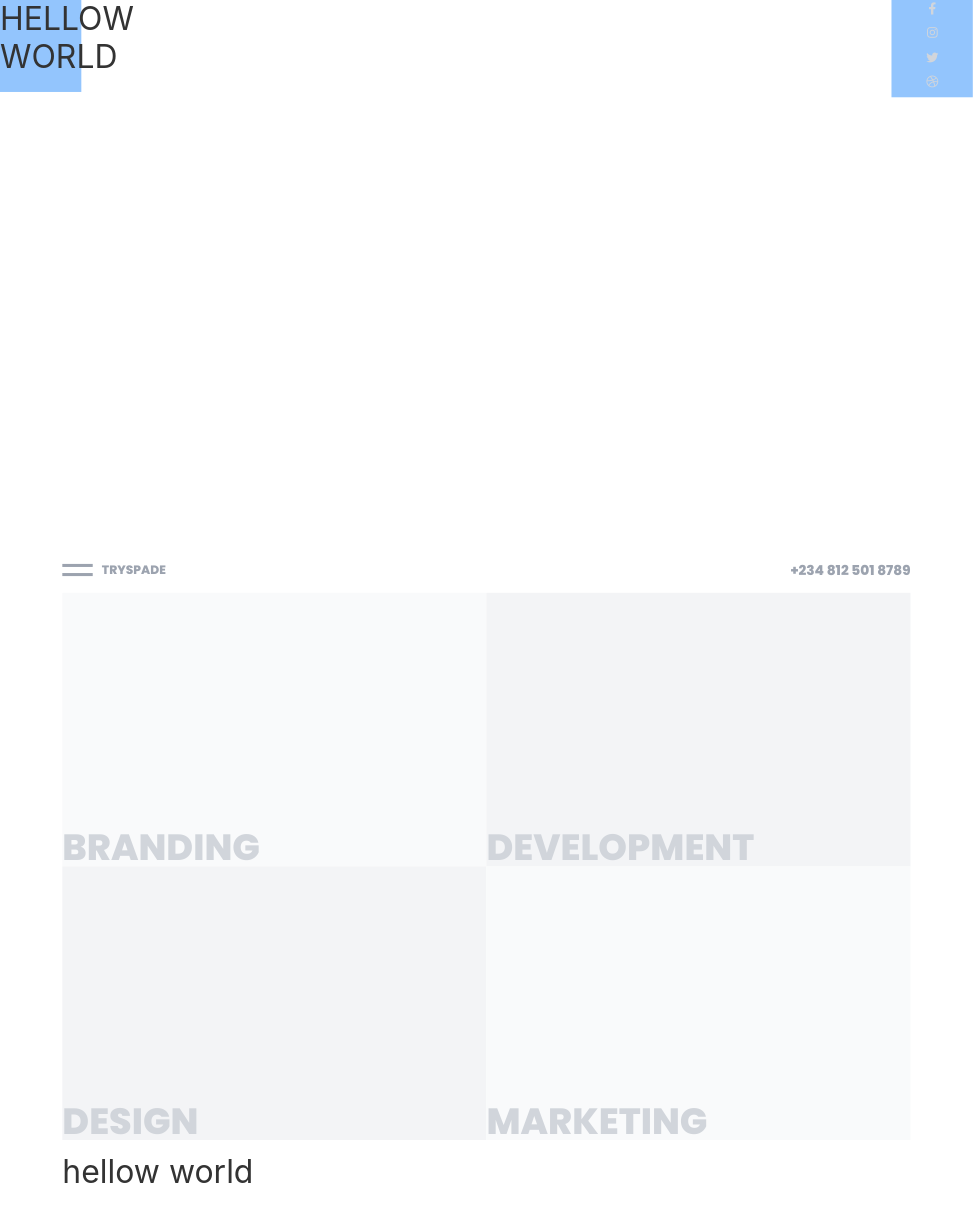
Repository: latenightsnacc/super-octo-fortnight
Page: new.html
An editor plug-in stored every save of this project. The page is shown before and after the next save, followed by the edit.
The browser window is 1280 px wide. The pictures show the whole page, at 76% of full size.
Some web libraries are served in a nearby version.

Above is the page before, as saved 2021-03-01 12:58:55.

### new.html
<!DOCTYPE html>
<html lang="en">
<head>
    <meta charset="UTF-8">
    <meta name="viewport" content="width=device-width, initial-scale=1.0">
    <!--Tailwind 2.0.2-->
    <link href="https://cdnjs.cloudflare.com/ajax/libs/tailwindcss/2.0.2/tailwind.min.css" rel="stylesheet">
    <!--Font Awesome 5.15.1-->
    <link rel="stylesheet" href="https://cdnjs.cloudflare.com/ajax/libs/font-awesome/5.15.1/css/all.min.css" integrity="sha512-+4zCK9k+qNFUR5X+cKL9EIR+ZOhtIloNl9GIKS57V1MyNsYpYcUrUeQc9vNfzsWfV28IaLL3i96P9sdNyeRssA==" crossorigin="anonymous" />
    <!-- Bootstrap 5.0.0 Beta-->
    <link href="https://cdn.jsdelivr.net/npm/bootstrap@5.0.0-beta1/dist/css/bootstrap.min.css" rel="stylesheet" integrity="sha384-giJF6kkoqNQ00vy+HMDP7azOuL0xtbfIcaT9wjKHr8RbDVddVHyTfAAsrekwKmP1" crossorigin="anonymous" />
    <!-- UIkit CSS -->
    <link rel="stylesheet" href="https://cdn.jsdelivr.net/npm/uikit@3.6.9/dist/css/uikit.min.css" />
    <!--FAVICON-->
    <link rel="apple-touch-icon" sizes="180x180" href="/apple-touch-icon.png">
    <link rel="icon" type="image/png" sizes="32x32" href="/favicon-32x32.png">
    <link rel="icon" type="image/png" sizes="16x16" href="/favicon-16x16.png">
    <link rel="manifest" href="/site.webmanifest">

    <title>TrySpade - Digital Agency</title>
    <style>
        @import url('https://fonts.googleapis.com/css2?family=Poppins:wght@100;300;400;800&display=swap');
        *{font-family: 'Poppins', sans-serif;}
    </style>
</head>
<body>
    <div class="flex flex-row min-h-screen">
        <div class="w-1/12 bg-blue-300 h-full">
            <h1>HELLOW WORLD</h1>
        </div>
        <div class="w-10/12"></div>
        <div class="w-1/12 bg-blue-300 h-full">
            <div class="">
                <div class="flex flex-col items-center justify-end h-full">
                    <a href="#" class="mb-2 text-gray-300 hover:no-underline hover:text-gray-700">
                        <i class="fab fa-facebook-f"></i>
                    </a>
                    <a href="#" class="mb-2  text-gray-300 hover:no-underline hover:text-gray-700">
                        <i class="fab fa-instagram"></i>
                    </a>
                    <a href="#" class="mb-2  text-gray-300 hover:no-underline hover:text-gray-700">
                        <i class="fab fa-twitter"></i>
                    </a>
                    <a href="#" class="mb-2  text-gray-300 hover:no-underline hover:text-gray-700">
                        <i class="fab fa-dribbble"></i>
                    </a>
                </div>
            </div>
        </div>
    </div>
    <header>
        <div class="container">
            <div class="flex flex-row py-3 items-center">
                <div class="w-1/2 flex flex-row items-center">
                    <div class="flex flex-col">
                        <span class="w-10 border-2 border-gray-400 mb-2"></span>
                        <span class="w-10 border-2 border-gray-400"></span>
                    </div>
                    <div class="ml-3 uppercase font-bold text-gray-400">tryspade</div>
                </div>
                <div class="w-1/2 flex flex-row items-center justify-end">
                    <a href="tel:+2348125018789" class="text-gray-400 hover:no-underline font-bold text-lg">+234 812 501 8789</a>
                    <!-- <a class="no-underline hover:no-underline">

                    </a> -->
                </div>
            </div>
        </div>
    </header>
    <!--TRYSPADE SERVICES-->
    <section id="services">
        <div class="container">
            <div class="flex flex-row h-screen">
                <div class="w-1/2 flex flex-col">
                  <div class="bg-gray-50 h-50 group hover:shadow-2xl hover:shadow-inner">
                      <div class="flex h-full items-end">
                        <div class="uppercase text-2xl md:text-5xl text-gray-300 font-bold group-hover:text-gray-700">branding</div>
                      </div>
                  </div>
                  <div class="bg-gray-100 h-50 group hover:shadow-2xl hover:shadow-inner">
                      <div class="flex h-full items-end">
                        <div class="uppercase text-2xl md:text-5xl text-gray-300 font-bold group-hover:text-gray-700">design</div>
                      </div>
                  </div>
                </div>
                <div class="w-1/2 flex flex-col">
                  <div class="bg-gray-100 h-50 group hover:shadow-2xl hover:shadow-inner">
                      <div class="flex h-full items-end">
                        <div class="uppercase text-2xl md:text-5xl text-gray-300 font-bold group-hover:text-gray-700">development</div>
                      </div>
                  </div>
                  <div class="bg-gray-50 h-50 group hover:shadow-2xl hover:shadow-inner">
                      <div class="flex h-full items-end">
                        <div class="uppercase text-2xl md:text-5xl text-gray-300 font-bold group-hover:text-gray-700">marketing</div>
                      </div>
                  </div>
                </div>
            </div>
        </div>
    </section>
    <!--END OF TRYSPADE SERVICES-->
    <div class="my-3"></div>
    <!--OUR WORK-->
    <section id="our-work">
        <div class="container">
            <div class="flex flex-row">
                <h1>hellow world</h1>
            </div>
        </div>
    </section>
    <!-- UIkit JS -->
    <script src="https://cdn.jsdelivr.net/npm/uikit@3.6.9/dist/js/uikit.min.js"></script>
    <script src="https://cdn.jsdelivr.net/npm/uikit@3.6.9/dist/js/uikit-icons.min.js"></script>
    <!--BOOTSTRAP CDN-->
    <script src="https://cdn.jsdelivr.net/npm/bootstrap@5.0.0-beta1/dist/js/bootstrap.bundle.min.js" integrity="sha384-ygbV9kiqUc6oa4msXn9868pTtWMgiQaeYH7/t7LECLbyPA2x65Kgf80OJFdroafW" crossorigin="anonymous"></script>
    <!--JQUERY CDN-->
    <script src="https://ajax.googleapis.com/ajax/libs/jquery/3.4.1/jquery.min.js"></script>
    <!-- Start of HubSpot Embed Code -->
    <script type="text/javascript" id="hs-script-loader" async defer src="//js.hs-scripts.com/9284931.js"></script>
    <!-- End of HubSpot Embed Code -->
</body>
</html>

After the next save:
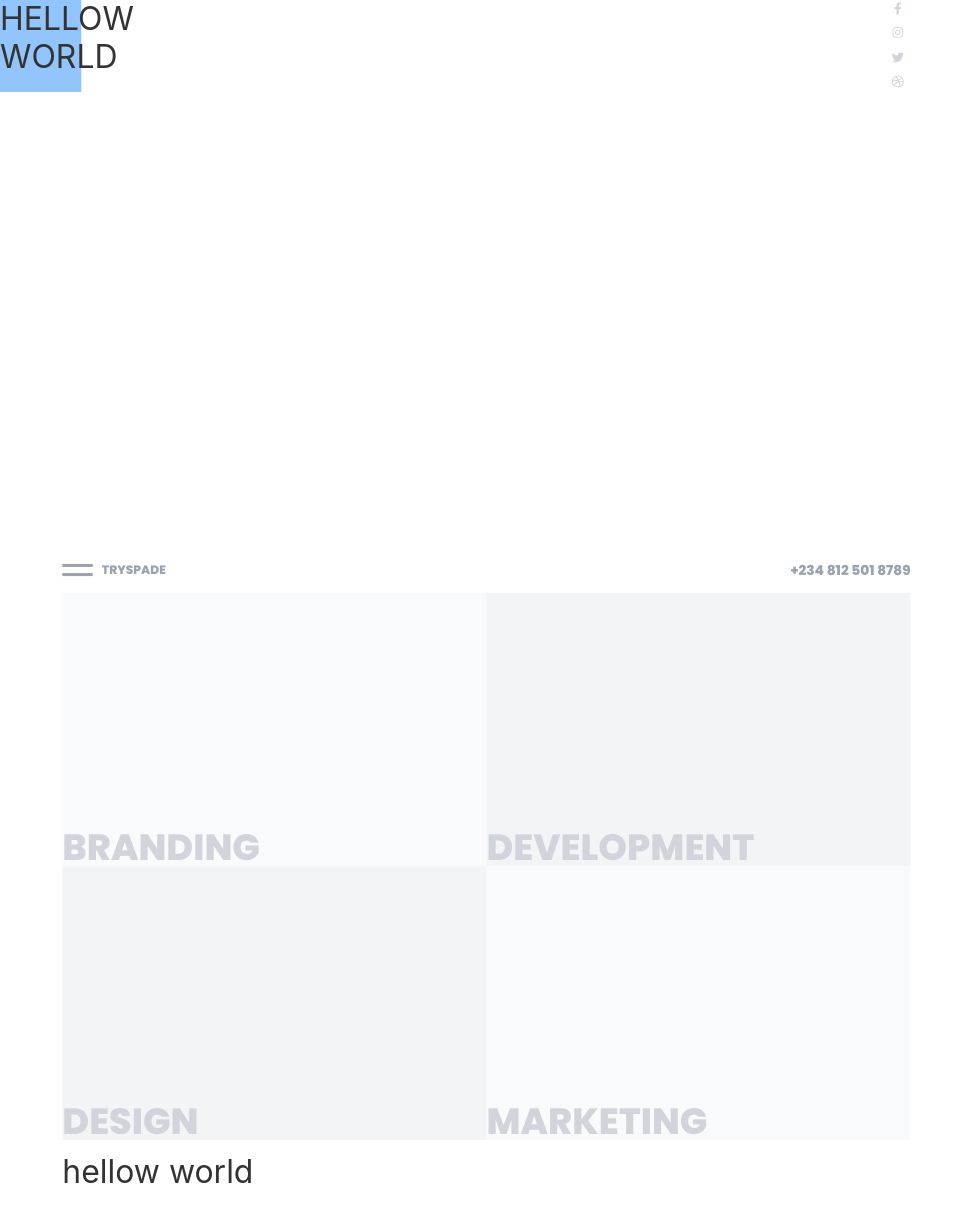
Saved 18 s later.
--- a/new.html
+++ b/new.html
@@ -30,7 +30,7 @@
         </div>
         <div class="w-10/12"></div>
         <div class="w-1/12 bg-blue-300 h-full">
-            <div class="">
+            <div class="fixed">
                 <div class="flex flex-col items-center justify-end h-full">
                     <a href="#" class="mb-2 text-gray-300 hover:no-underline hover:text-gray-700">
                         <i class="fab fa-facebook-f"></i>
